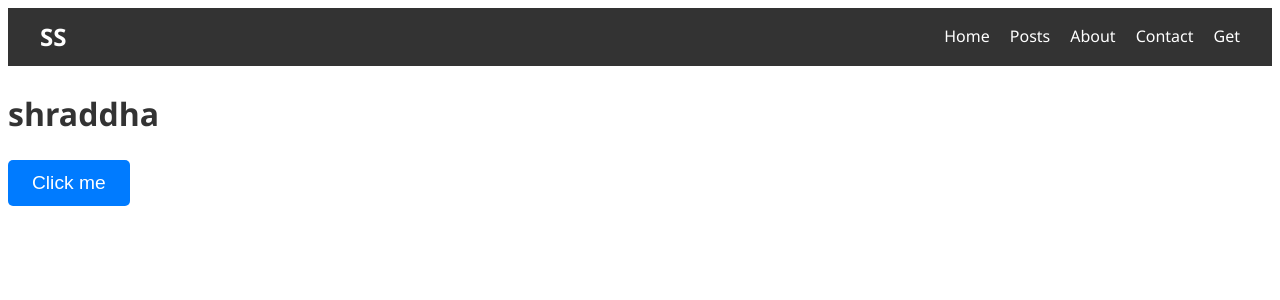
Repository: sshaiv/react_learn
Page: /Users
The author's editor kept a copy of each file at every save. The page is drawn from the files as they stood at one save, then again after a run of saves.
The browser window is 1280 px wide. The pictures show the whole page.
The project was rebuilt for these pictures with package versions that can differ from the ones it lists, and the page was loaded fresh each time. Also part of the build but not shown: src/components/Home.js, src/components/About.js, src/components/Contact.js, src/utils/data.js, src/components/Posts.js, src/components/PostDetails.js, src/components/Get.js.

Above is the page before, as saved 2024-07-05 20:39:10.

### src/App.js
import React from "react";
import { BrowserRouter, Routes, Route } from "react-router-dom";
import Home from "./components/Home";
import About from "./components/About";
import Contact from "./components/Contact";
import Posts from "./components/Posts";
import PostDetails from "./components/PostDetails";
import Navbar from "./components/Navbar";
// import Footer from "./components/Footer";
import Get from './components/Get'
import Users from './components/Users'


const App = () => {
  return (
    <BrowserRouter>
      <Navbar />
      <Routes>
        <Route path='/' element={<Home />} />
        <Route path='/about' element={<About />} />
        <Route path='/contact' element={<Contact />} />
        <Route path='/posts' element={<Posts />} />
        <Route path='/get' element={<Get />} />
        <Route path='/Users' element={<Users />} />
        <Route path='/posts/:postId' element={<PostDetails />} />
      </Routes>
      {/* <Footer/> */}
    </BrowserRouter>
  );
};

export default App;

### src/components/Navbar.js
import React from "react";
import { Link } from "react-router-dom";
import "./Home.css"; // Import CSS file for styling

const Navbar = () => {
  return (
    <nav className="navbar">
      <div className="container">
        <h1 className="logo">
          <Link to="/">SS</Link>
        </h1>
        <ul className="nav-links">
          <li>
            <Link to="/">Home</Link>
          </li>
          <li>
            <Link to="/posts">Posts</Link>
          </li>
          <li>
            <Link to="/about">About</Link>
          </li>
          <li>
            <Link to="/contact">Contact</Link>
          </li>
          <li>
            <Link to="/get">Get</Link>
          </li>
        </ul>
      </div>
    </nav>
  );
};

export default Navbar;

### src/components/Users.js
import { useState } from "react";

function Users() {
//   const [data, setData] = useState("shraddha");
const [data, setData] = useState("shraddha");


  function updateData() {

    // setData(alert('Shaiv'));
  }

  return (
    <div>
      <h1>{data}</h1>
      <button onClick={updateData}>Click me</button>
    </div>
  );
}

export default Users;

### src/components/Home.css
/* Navbar container */
*{
    scrollbar-width: none;

}

.navbar {
    background-color: #333; /* Dark background */
    color: #fff; /* Light text color */
    padding: 10px 0;
  }

  /* Container for centering content */
  .navbar .container {
    display: flex;
    justify-content: space-between;
    align-items: center;
    max-width: 1200px; /* Adjust as needed */
    margin: 0 auto;
    padding: 0 20px;
  }

  /* Logo link */
  .navbar .logo {
    font-size: 1.5rem;
    margin: 0;
  }

  .navbar .logo a {
    color: #fff;
    text-decoration: none;
  }

  /* Navigation links */
  .navbar .nav-links {
    list-style-type: none;
    display: flex;
    margin: 0;
    padding: 0;
  }

  .navbar .nav-links li {
    margin-right: 20px;
  }

  .navbar .nav-links li:last-child {
    margin-right: 0;
  }

  .navbar .nav-links li a {
    color: #fff;
    text-decoration: none;
    font-size: 1rem;
    transition: color 0.3s ease;
  }

  .navbar .nav-links li a:hover {
    color: #ffc107; /* Change color on hover */
  }

  .home {
    background-image: url("https://images.unsplash.com/photo-1470770841072-f978cf4d019e?crop=entropy&cs=tinysrgb&fit=max&fm=jpg&ixid=MnwzNjUyOXwwfDF8c2VhcmNofDEzfHxuYXR1cmV8ZW58MHx8fHwxNjM2MDk3MDQz&ixlib=rb-1.2.1&q=80&w=400"); /* Example background image */
    background-size: cover;
    background-position: center;
    color: #fff;
    padding: 100px 0; /* Adjust padding as needed */
    text-align: center;
  }

  .home .container {
    max-width: 800px;
    margin: 0 auto;
    padding: 20px;
  }

  .home h1 {
    font-size: 3rem;
    margin-bottom: 20px;
  }

  .home p {
    font-size: 1.2rem;
    line-height: 1.6;
  }

  .home .btn {
    background-color: #4caf50; /* Green button */
    color: #fff;
    padding: 10px 20px;
    font-size: 1rem;
    border: none;
    cursor: pointer;
    transition: background-color 0.3s ease;
  }

  .home .btn:hover {
    background-color: #45a049; /* Darker green on hover */
  }

  .footer {
    background-color: #333; /* Dark background */
    color: #fff;
    padding: 20px 0;
    text-align: center;
  }

  .footer .container {
    max-width: 1200px;
    margin: 0 auto;
    padding: 0 20px;
  }

  .footer p {
    margin: 0;
    font-size: 1rem;
  }

  .footer .social-links {
    margin-top: 10px;
  }

  .footer .social-links a {
    color: #fff;
    text-decoration: none;
    margin: 0 10px;
    font-size: 1.2rem;
  }

  .footer .social-links a:hover {
    text-decoration: underline;
  }


/* Posts Container */
.posts-container {
    max-width: 800px;
    margin: 0 auto;
    padding: 20px;
  }




  .about-container {
    max-width: 800px;
    margin: 0 auto;
    padding: 20px;
  }

  .about-content {
    background-color: #f9f9f9;
    border: 1px solid #ccc;
    border-radius: 5px;
    padding: 20px;
  }

  .about-content h1 {
    font-size: 2.5rem;
    margin-bottom: 20px;
  }

  .about-content p {
    font-size: 1.2rem;
    line-height: 1.6;
    margin-bottom: 15px;
  }



  .contact-form-container {
    max-width: 600px;
    margin: 50px auto; /* Centering the form */
    padding: 30px;
    background-color: #f5f5f5;
    border: 1px solid #ddd;
    border-radius: 8px;
    box-shadow: 0 2px 4px rgba(0, 0, 0, 0.1);
  }

  .contact-form-container h2 {
    font-size: 2.5rem;
    margin-bottom: 20px;
    color: #333;
    text-align: center;
  }

  .form-group {
    margin-bottom: 20px;
  }

  label {
    font-size: 1.2rem;
    margin-bottom: 8px;
    color: #555;
  }

  input[type="text"],
  input[type="email"],
  textarea {
    width: 100%;
    padding: 12px;
    font-size: 1.2rem;
    border: 1px solid #ccc;
    border-radius: 5px;
  }

  textarea {
    resize: vertical;
    min-height: 150px;
  }

  button {
    padding: 12px 24px;
    background-color: #007bff;
    color: #fff;
    border: none;
    border-radius: 5px;
    font-size: 1.2rem;
    cursor: pointer;
    transition: background-color 0.3s ease;
  }

  button:hover {
    background-color: #0056b3;
  }


  /* Color Palette */
:root {
    --primary-color: #007bff; /* Primary color for links and buttons */
    --secondary-color: #0056b3; /* Darker shade for hover effects */
    --text-color: #333; /* Main text color */
    --text-light-color: #666; /* Lighter text color */
    --bg-color: #f9f9f9; /* Background color */
    --border-color: #e0e0e0; /* Border color */
  }

  /* Font Styling */
  body {
    font-family: 'Segoe UI', Tahoma, Geneva, Verdana, sans-serif;
    color: var(--text-color);
    line-height: 1.6;
  }
  .posts-container h1{
    position: relative;
    left: 250px;
  }
  /* Individual Post */
  .post {
    max-width: 600px;

    margin: 0 auto 20px;
    padding: 20px;
    border: 1px solid var(--border-color);
    border-radius: 8px;
    background-color: #fff;
    box-shadow: 0 2px 4px rgba(0, 0, 0, 0.1);
  }

  .post h2 {
    font-size: 2rem;
    margin-bottom: 15px;
    color: var(--primary-color);
  }

  .post img {
    display: block;
    max-width: 100%;
    height: 250px;
    margin-bottom: 15px;
    border-radius: 8px;
    box-shadow: 0 2px 4px rgba(0, 0, 0, 0.1);
  }

  .post p {
    font-size: 1.2rem;
    line-height: 1.6;
    color: var(--text-light-color);
  }

  .post-link {
    display: block;
    text-decoration: none;
    color: var(--primary-color);
    font-weight: bold;
    transition: color 0.3s ease;
  }

  .post-link:hover {
    color: var(--secondary-color);
  }

/* Post Details Container */
.post-details-container {
    max-width: 600px; /* Reduced max-width for a smaller container */
    margin: 20px auto;
    padding: 20px; /* Reduced padding to make it more compact */
    background-color: #fff;
    border: 1px solid var(--border-color);
    border-radius: 8px;
    box-shadow: 0 4px 8px rgba(0, 0, 0, 0.1);
  }

  .post-details h1 {
    font-size: 1.8rem; /* Slightly reduced font size for heading */
    margin-bottom: 15px; /* Adjusted margin for heading */
    color: var(--primary-color); /* Adjusted primary color for heading */
    text-align: center;
  }

  .post-details img {
    max-width: 100%; /* Ensures images fit within container */
    height: auto; /* Maintains aspect ratio */
    margin-bottom: 10px;
    border-radius: 8px; /* Rounded corners for images */
    box-shadow: 0 2px 4px rgba(0, 0, 0, 0.1);
  }

  .post-details p {
    font-size: 1.2rem; /* Reduced font size for paragraphs */
    line-height: 1.6; /* Adjusted line height */
    color: var(--text-color);
    text-align: justify;
    margin-bottom: 10px; /* Adjusted margin between paragraphs */
  }

  .post-details p:last-child {
    margin-bottom: 0;
  }

  /* Post Details Container */
.post-details-container {
    max-width: 500px; /* Reduced max-width for a smaller container */
    margin: 10px auto; /* Reduced margin for tighter spacing */
    padding: 15px; /* Reduced padding for more compact layout */
    background-color: #fff;
    border: 1px solid var(--border-color);
    border-radius: 6px;
    box-shadow: 0 2px 4px rgba(0, 0, 0, 0.1);
  }

  .post-details h1 {
    font-size: 1.6rem; /* Smaller font size for heading */
    margin-bottom: 10px; /* Reduced margin for heading */
    color: var(--primary-color); /* Adjusted primary color for heading */
    text-align: center;
  }

  .post-details img {
    max-width: 100%; /* Ensures images fit within container */
    height: auto; /* Maintains aspect ratio */
    margin-bottom: 8px; /* Reduced margin bottom for images */
    border-radius: 6px; /* Rounded corners for images */
    box-shadow: 0 1px 2px rgba(0, 0, 0, 0.1);
  }

  .post-details p {
    font-size: 1.1rem; /* Smaller font size for paragraphs */
    line-height: 1.5; /* Tighter line height for paragraphs */
    color: var(--text-color);
    text-align: justify;
    margin-bottom: 8px; /* Reduced margin between paragraphs */
  }

  .post-details p:last-child {
    margin-bottom: 0;
  }


  /* Contact Form */
  .contact-form-container {
    max-width: 600px;
    margin: 50px auto;
    padding: 30px;
    background-color: #f5f5f5;
    border: 1px solid var(--border-color);
    border-radius: 8px;
    box-shadow: 0 2px 4px rgba(0, 0, 0, 0.1);
  }

  .contact-form-container h2 {
    font-size: 2.5rem;
    margin-bottom: 20px;
    color: var(--text-color);
    text-align: center;
  }

  .form-group {
    margin-bottom: 20px;
  }

  label {
    font-size: 1.2rem;
    margin-bottom: 8px;
    color: var(--text-color);
  }

  input[type="text"],
  input[type="email"],
  textarea {
    width: 100%;
    padding: 12px;
    font-size: 1.2rem;
    border: 1px solid var(--border-color);
    border-radius: 5px;
  }

  textarea {
    resize: vertical;
    min-height: 150px;
  }

  button {
    padding: 12px 24px;
    background-color: var(--primary-color);
    color: #fff;
    border: none;
    border-radius: 5px;
    font-size: 1.2rem;
    cursor: pointer;
    transition: background-color 0.3s ease;
  }

  button:hover {
    background-color: var(--secondary-color);
  }

Loaded but not shown: public/index.html (common file); src/index.js (common file)

After the next 2 saves:
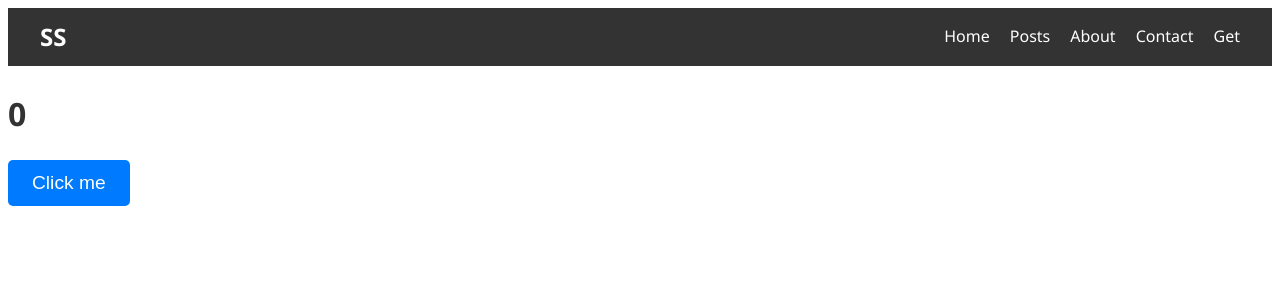
The 2 saves are shown as one change because they came seconds apart.
The last was saved 6 s later.
--- a/src/components/Users.js
+++ b/src/components/Users.js
@@ -2,7 +2,7 @@ import { useState } from "react";
 
 function Users() {
 //   const [data, setData] = useState("shraddha");
-const [data, setData] = useState("shraddha");
+const [data, setData] = useState(0);
 
 
   function updateData() {
